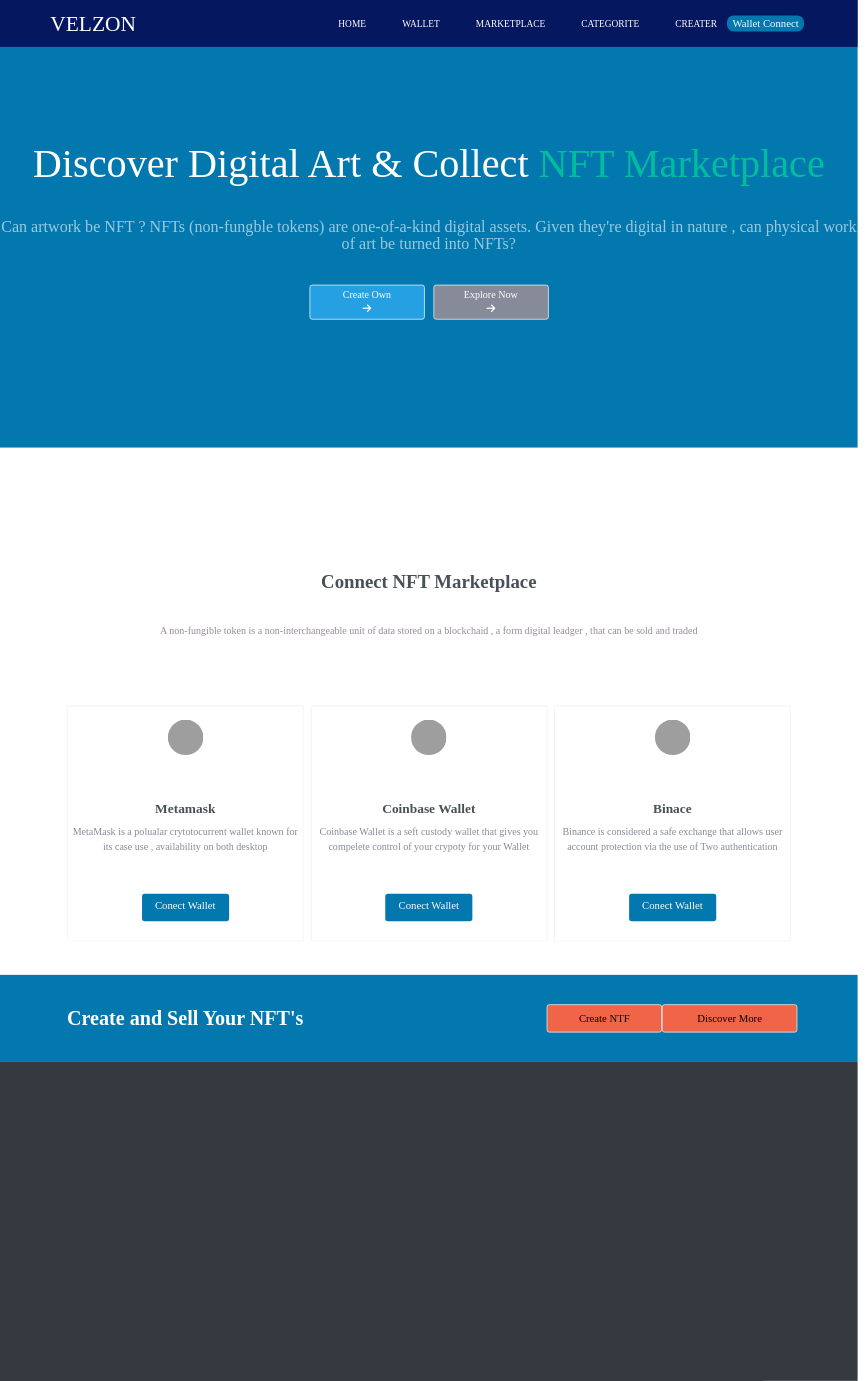
Repository: HuynhDuc23/Webvideodesgin
Page: index.html
An editor plug-in stored every save of this project. The page is shown before and after the next save, followed by the edit.
The browser window is 1280 px wide. The page is 1293 px wide, so the pictures cover 1293 px, including what lies to the right of the window. The pictures show the whole page, at 67% of full size.
Pictures or frames that could not be fetched are drawn as grey boxes. The style sheet was rebuilt from its Sass, Less or Tailwind sources for each picture, by a compiler version that may differ from the author's.

Above is the page before, as saved 2023-04-26 09:46:10.

After the next save:
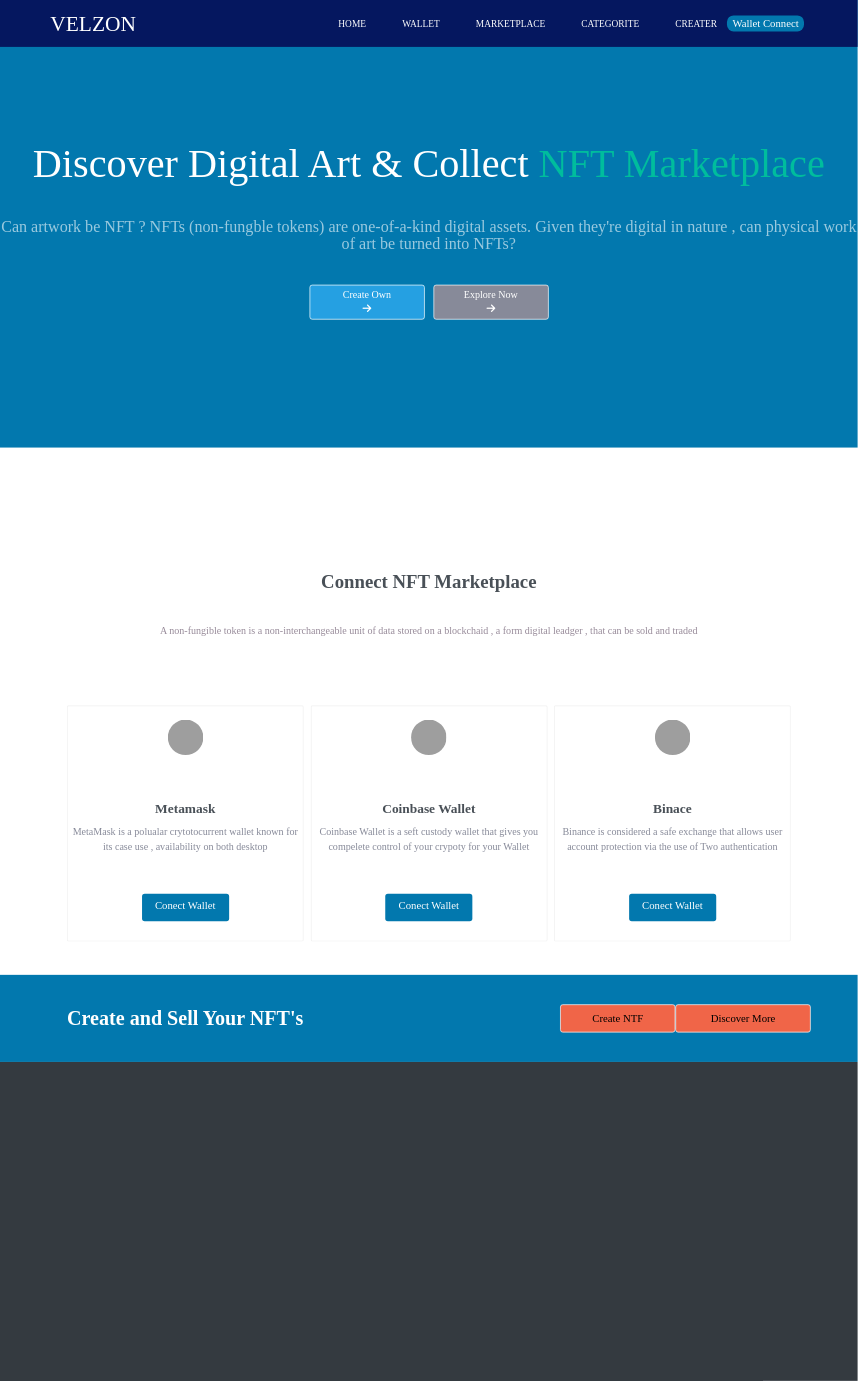
Saved 49 s later.
--- a/style.scss
+++ b/style.scss
@@ -278,7 +278,7 @@
             display: flex;
             margin-right: 70px;
             align-items: center;
-            justify-content: center;
+            justify-content: space-between;
             &__1 {
                 padding-right: 40px;
                 width: 130px;
@@ -297,7 +297,7 @@
 
             }
             &__2 {
-                margin-right: 20px;
+
                 padding-right: 70px;
                 width: 130px;
                 height: 40px;
